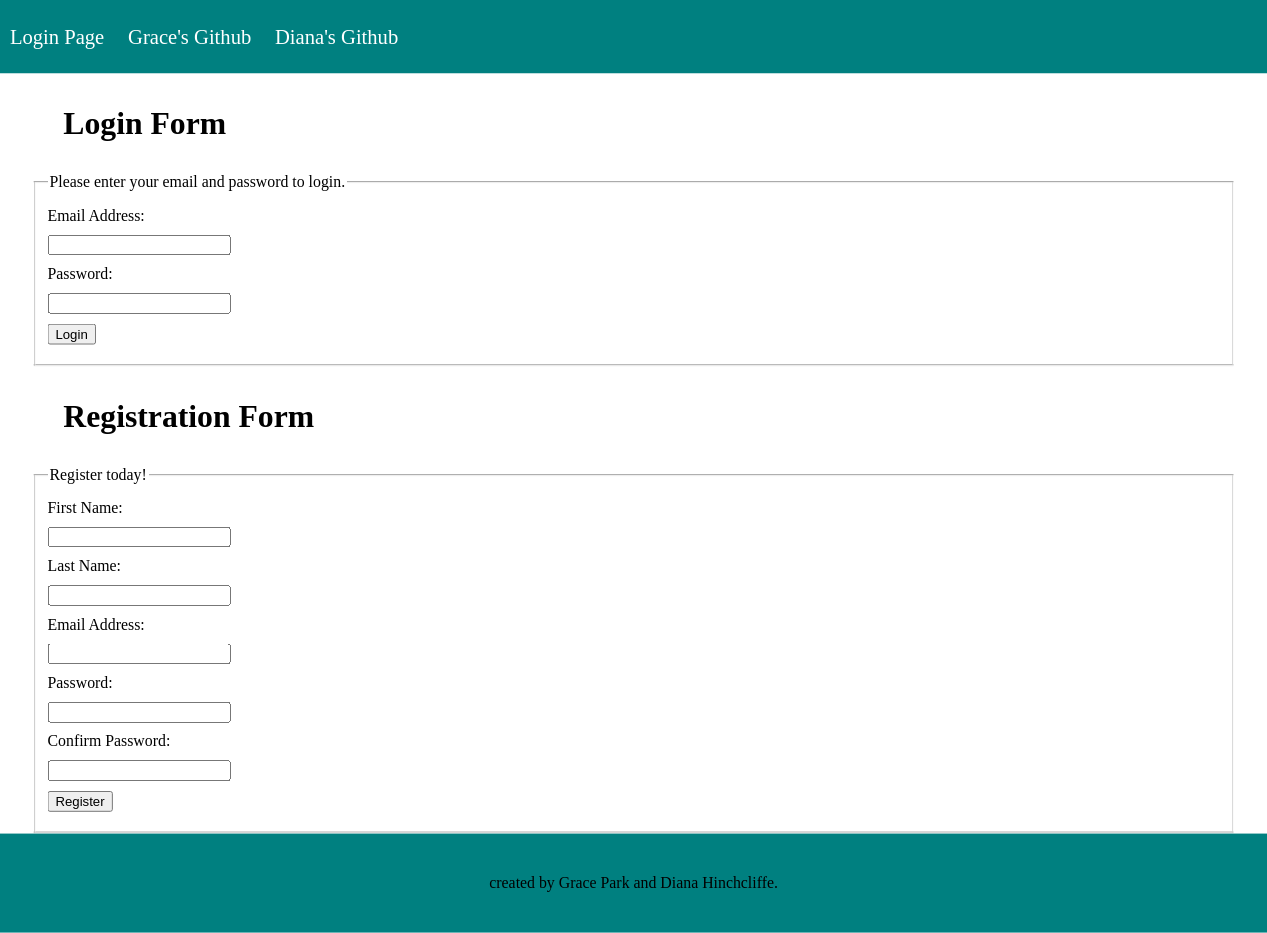
Repository: developergrace/cosw30
Page: http://localhost/labwork/lab2/login.php
The author's editor kept a record of every edit. The page is drawn from the files as they stood at one moment, then again after the next edit.
The browser window is 1280 px wide. The pictures show the whole page, at 99% of full size.
The page is run by PHP 8.4 with error messages shown; the project is at /var/www/html/.

Above is the page before.

After the next edit:
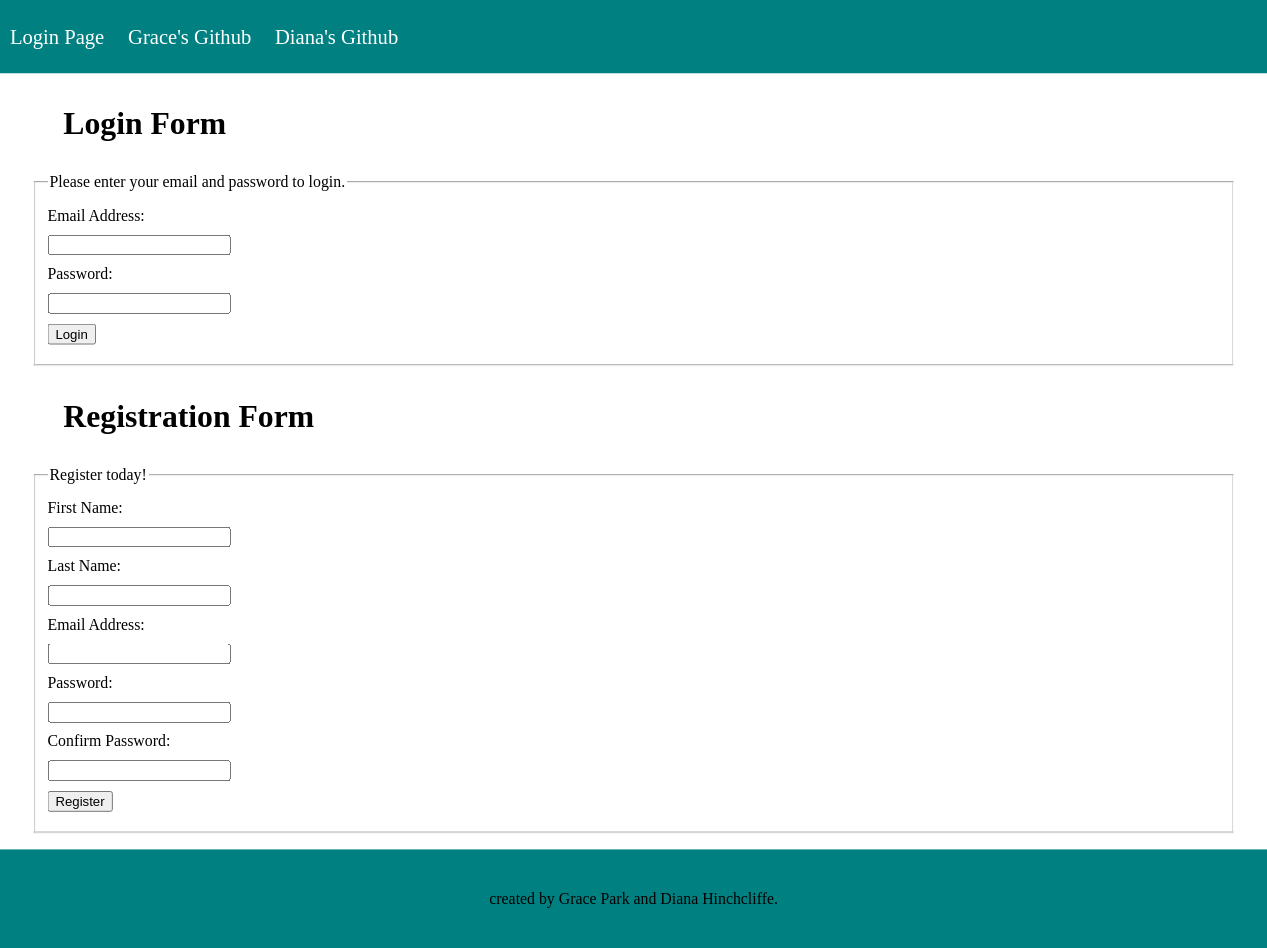
The edit:
--- a/labwork/lab2/login.php
+++ b/labwork/lab2/login.php
@@ -30,7 +30,7 @@
             }
 
             form {
-                margin: 0 2em;
+                margin: 0 2em 1em;
             }
 
             footer p {
